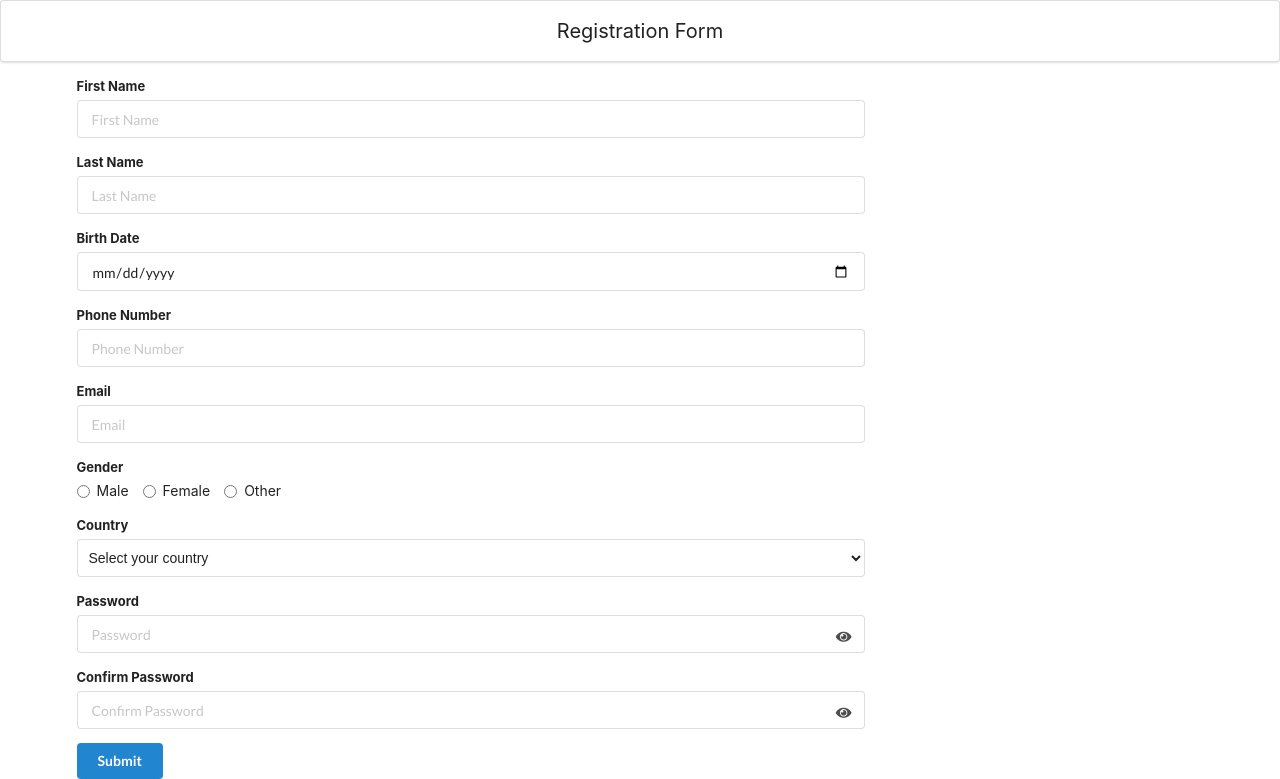
Repository: Wahid137/registration-form
Page: /
The author's editor kept a copy of each file at every save. The page is drawn from the files as they stood at one save, then again after the next save.
The browser window is 1280 px wide. The pictures show the whole page.
The project was rebuilt for these pictures with package versions that can differ from the ones it lists, and the page was loaded fresh each time.

Above is the page before, as saved 2024-05-01 17:21:15.

After the next save:
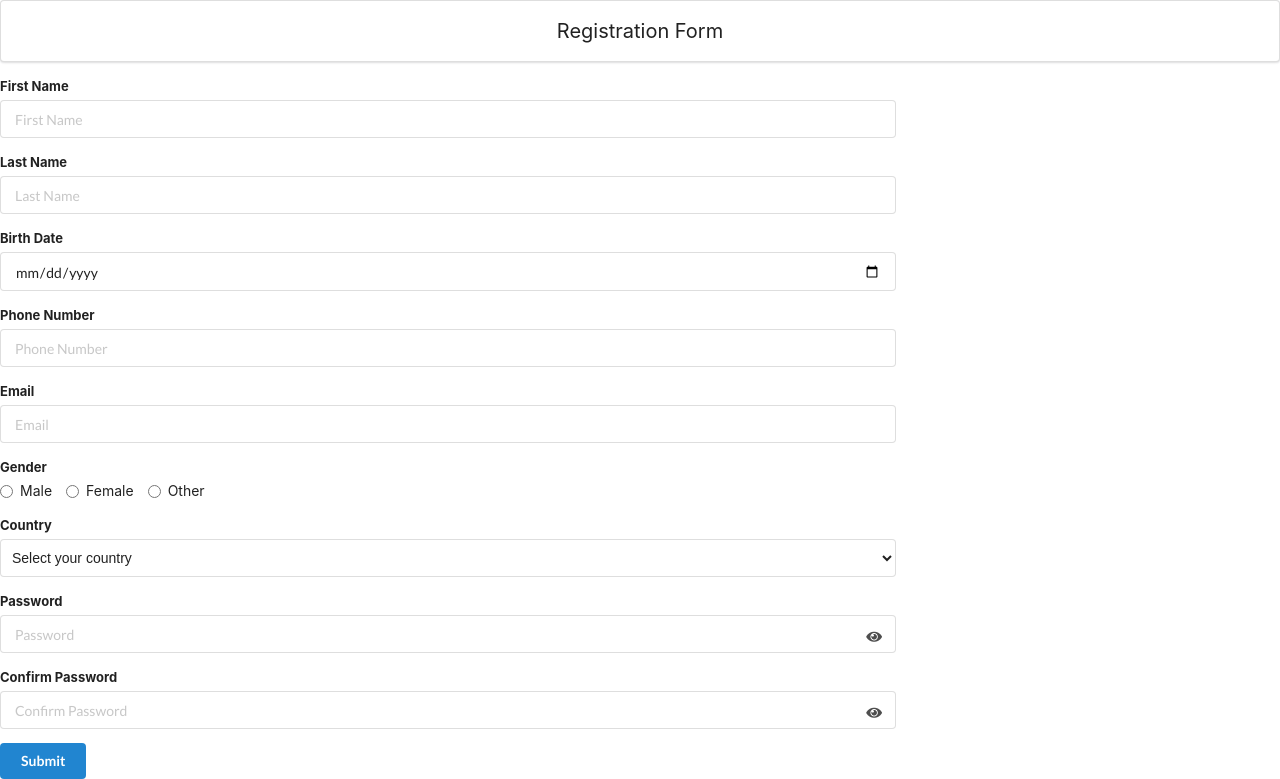
Saved 10 s later.
--- a/src/components/Register.js
+++ b/src/components/Register.js
@@ -1,7 +1,7 @@
 import Joi from "joi";
 import React, { useState } from "react";
 import { useForm } from "react-hook-form";
-import { Button, Container, Form, FormField, Icon } from "semantic-ui-react";
+import { Button, Form, FormField, Icon } from "semantic-ui-react";
 import { minBirthDate } from "../utils/Moment";
 import { nameRegex, passwordRegex, phoneRegex } from "../utils/RegExp";
 import { countryOptions } from "../utils/country";
@@ -98,7 +98,7 @@ const Register = () => {
     };
 
     return (
-        <Container
+        <div
 
         >
 
@@ -272,7 +272,7 @@ const Register = () => {
                     Submit
                 </Button>
             </Form>
-        </Container>
+        </div>
     );
 };
 
